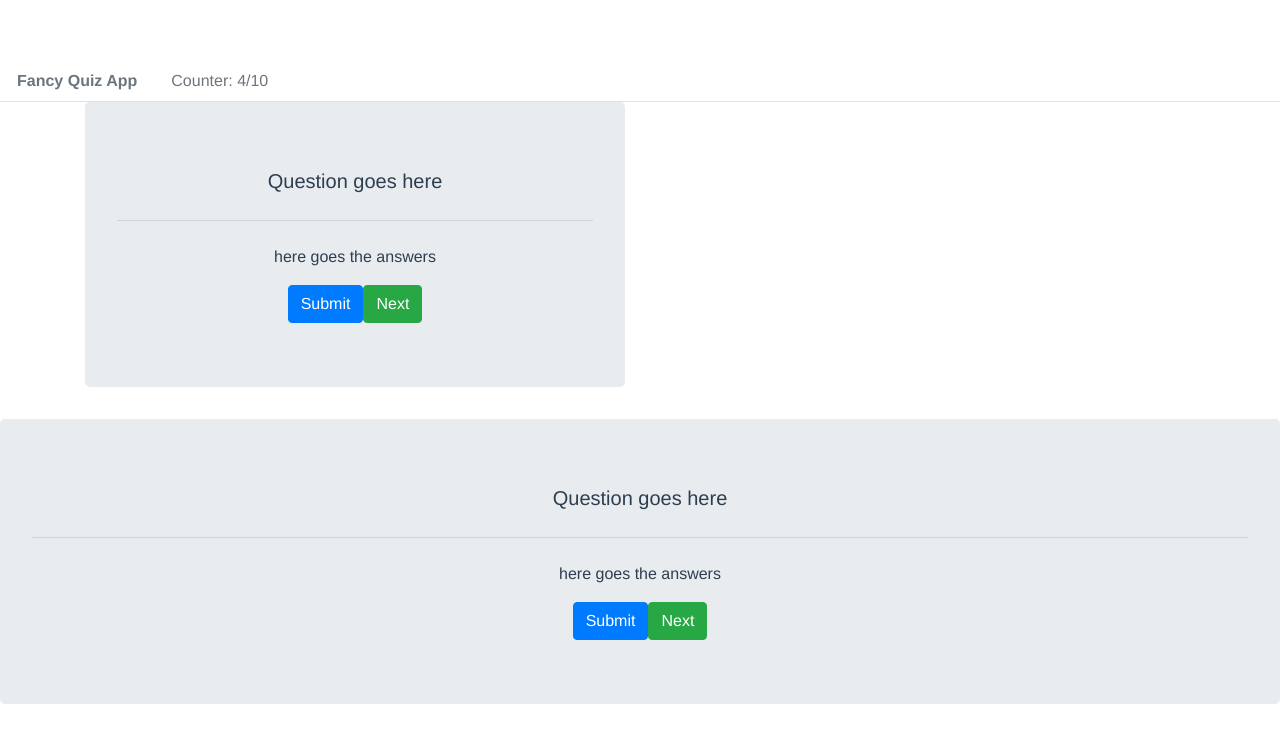
Repository: cacm96/Quiz
Page: /
The author's editor kept a copy of each file at every save. The page is drawn from the files as they stood at one save, then again after the next save.
The browser window is 1280 px wide. The pictures show the whole page.
The project was rebuilt for these pictures with package versions that can differ from the ones it lists, and the page was loaded fresh each time.

Above is the page before, as saved 2021-04-26 10:49:15.

### src/main.js
import Vue from "vue";

import { BootstrapVue, IconsPlugin } from "bootstrap-vue";
import App from "./App.vue";
import "bootstrap/dist/css/bootstrap.css";
import "bootstrap-vue/dist/bootstrap-vue.css";
Vue.use(BootstrapVue);
Vue.use(IconsPlugin);

Vue.config.productionTip = false;

new Vue({
  render: (h) => h(App),
}).$mount("#app");

### src/App.vue
<template>
  <div id="app">
    <Header />
    <b-container class="bv-example-row" my="5">
      <b-row>
        <b-col sm="6">
          <QuestionBox />
        </b-col>
      </b-row>
    </b-container>
    <QuestionBox />
  </div>
</template>

<script>
import Header from "./components/Header.vue";
import QuestionBox from "./components/QuestionBox.vue";

export default {
  name: "App",
  components: {
    QuestionBox,
    Header,
  },
};
</script>

<style>
#app {
  font-family: Avenir, Helvetica, Arial, sans-serif;
  -webkit-font-smoothing: antialiased;
  -moz-osx-font-smoothing: grayscale;
  text-align: center;
  color: #2c3e50;
  margin-top: 60px;
}
</style>

### src/components/Header.vue
<template>
  <b-nav tabs>
    <b-nav-item disabled><b>Fancy Quiz App</b></b-nav-item>
    <b-nav-item disabled>Counter: 4/10</b-nav-item>
  </b-nav>
</template>

### src/components/QuestionBox.vue
<template>
  <div class="question-box-container">
    <b-jumbotron>
      <template #lead>
        Question goes here
      </template>

      <hr class="my-4" />

      <p>
        here goes the answers
      </p>

      <b-button variant="primary" href="#">Submit</b-button>
      <b-button variant="success" href="#">Next</b-button>
    </b-jumbotron>
  </div>
</template>

Loaded but not shown: public/index.html (common file)

After the next save:
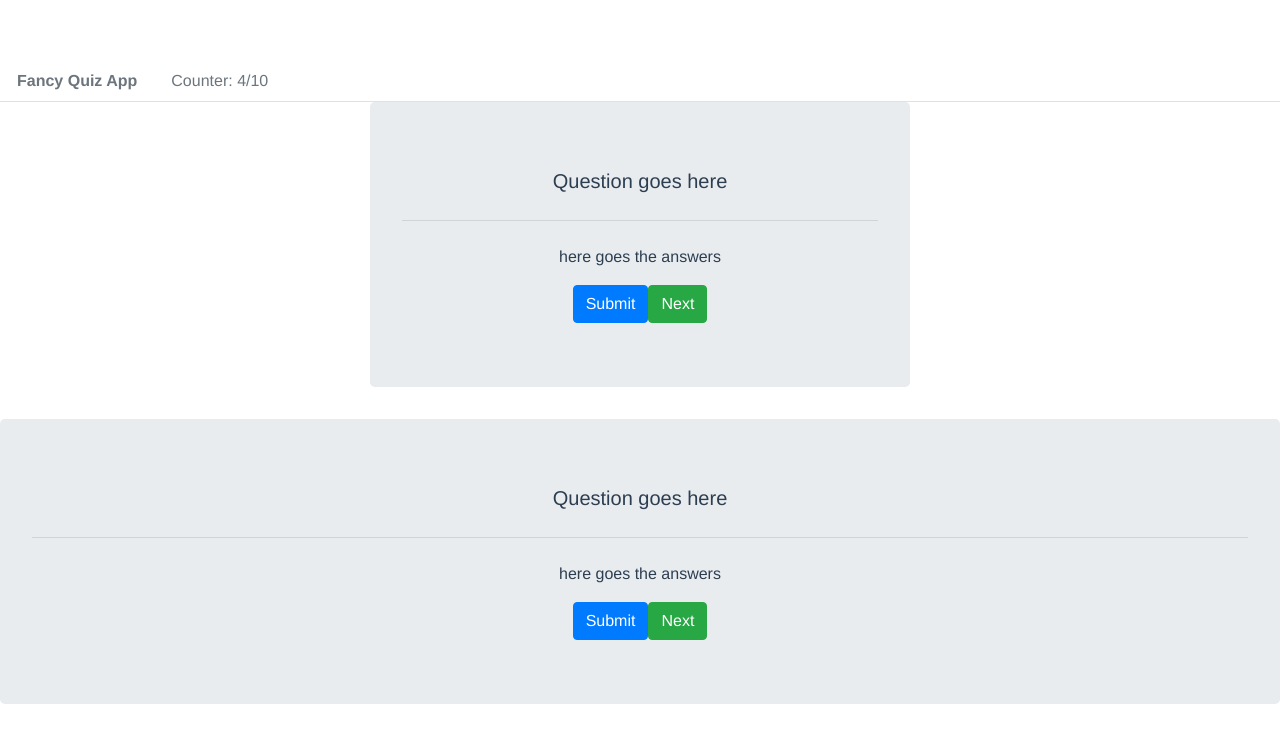
Saved 9 s later.
--- a/src/App.vue
+++ b/src/App.vue
@@ -3,7 +3,7 @@
     <Header />
     <b-container class="bv-example-row" my="5">
       <b-row>
-        <b-col sm="6">
+        <b-col sm="6" offset="3">
           <QuestionBox />
         </b-col>
       </b-row>
